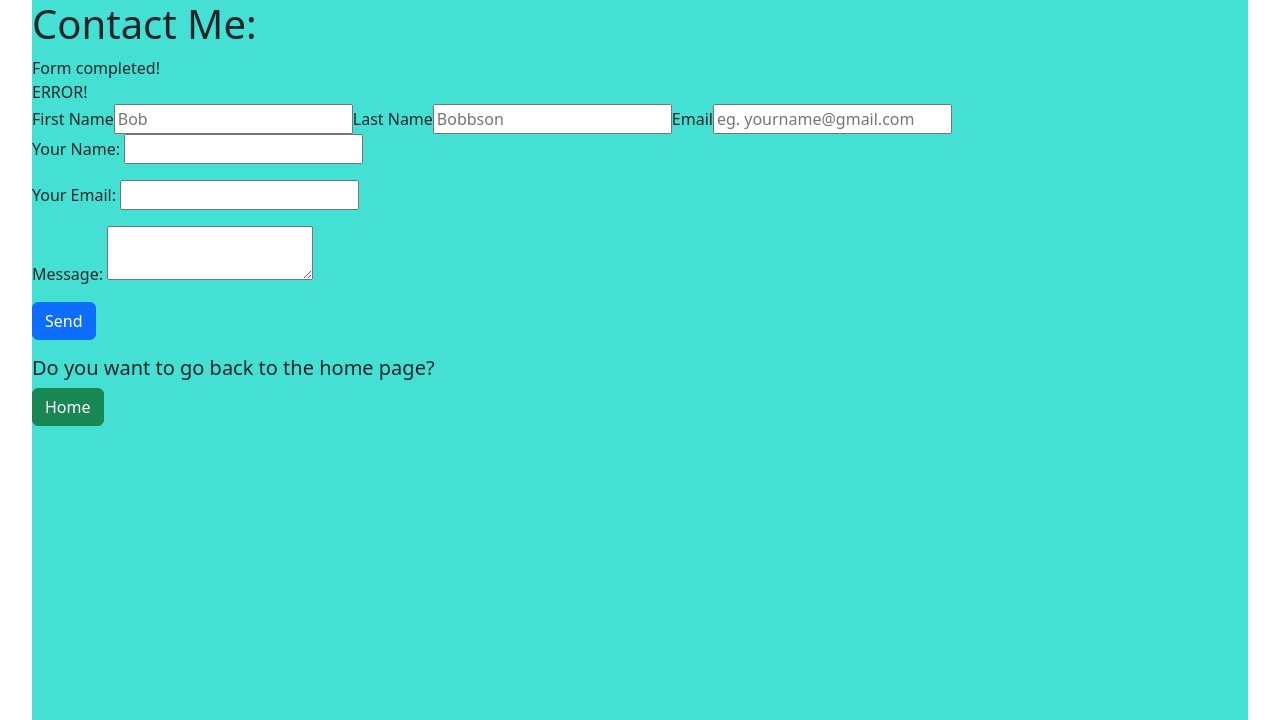
Repository: collegedude9300/zenstationnext
Page: /Contact
The author's editor kept a copy of each file at every save. The page is drawn from the files as they stood at one save, then again after the next save.
The browser window is 1280 px wide. The pictures show the whole page.
The project was rebuilt for these pictures with package versions that can differ from the ones it lists, and the page was loaded fresh each time. The framework's server and built-in components were replaced by stand-ins that run in the browser. Also part of the build but not shown: next.config.js.

Above is the page before, as saved 2022-10-13 16:59:12.

### pages/Contact.js

import Head from 'next/head'
import Image from 'next/image'
import styles from '../styles/Home.module.css'
import 'bootstrap/dist/css/bootstrap.css'
import Link from 'next/link'

export default function Contact() {

  const validateEmail = (email) => {
    const re = /^(([^<>()[\]\\.,;:\s@"]+(\.[^<>()[\]\\.,;:\s@"]+)*)|(".+"))@((\[[0-1]\d{1,2}\.[0-1]\d{1,2}\.[0-1]\d{1,2}\.[0-1]\d{1,2}\])|(([a-zA-Z\-0-9]+\.)+[a-zA-Z]{2,}))$/;
    return re.test(String(email).toLowerCase());
  }

return (
    <div className={styles.container}>
      <Head>
        <title>Contact</title>
        <meta name="description" content="Generated by create next app" />
        <link rel="icon" href="/favicon.ico" />
      </Head>
      <main className={styles.pages}>
      <h1> Contact Me: </h1>
      <div id="wrapper">
            <div id="successMessage">Form completed!</div>
            <div id="errorMessage"> ERROR!</div>
            <div class="form-element">

			<label for="firstName">First Name</label>
			<input type="text" name="firstName" id="firstName" placeholder="Bob"/>

			<label for="lastName">Last Name</label>
			<input type="text" name="lastName" id="lastName" placeholder="Bobbson"/>
                <label for="email">Email</label>
                <input type="text" name="email" id="email" placeholder="eg. yourname@gmail.com"/>
</div>
</div>
    <form name="contact" method="POST" data-netlify="true">
      <p> <label>Your Name: <input type="text" name="name" /></label>    </p>
      <p> <label>Your Email: <input type="email" name="email" /></label> </p>
      <p> <label>Message: <textarea name="message"></textarea></label>   </p>
      <p> <button type="submit" class="btn btn-primary">Send</button>    </p>
    </form>
    <h5>Do you want to go back to the home page?</h5>
    <Link href="/">
    <a class="btn btn-success">Home</a>
    </Link>
      </main>
    </div>
  )
}

### styles/Home.module.css
.container {
  padding: 0 2rem;
}
.pages{
  background-color: #43e0d3;
  min-height: 100vh;
}
#errorMessage {

  color: red;
  font-size: 20px ;

}

#successMessage {

  color: green;
  font-size: 30px;
  display:none;
  margin-bottom:20px;

}

.main {
  min-height: 100vh;
  padding: 4rem 0;
  flex: 1;
  display: flex;
  flex-direction: column;
  justify-content: center;
  align-items: center;
}
.aboutBio {

  margin: 0;
  line-height: 1.15;
  font-size: 4rem;
  text-align: center;
}
.footer {
  display: flex;
  flex: 1;
  padding: 2rem 0;
  border-top: 1px solid #eaeaea;
  justify-content: center;
  align-items: center;
}

.footer a {
  display: flex;
  justify-content: center;
  align-items: center;
  flex-grow: 1;
}

.title a {
  color: #0070f3;
  text-decoration: none;
}

.title a:hover,
.title a:focus,
.title a:active {
  text-decoration: underline;
}

.title {
  margin: 0;
  line-height: 1.15;
  font-size: 4rem;
}

.title,
.description {
  text-align: center;
}

.description {
  margin: 4rem 0;
  line-height: 1.5;
  font-size: 1.5rem;
}

.code {
  background: #fafafa;
  border-radius: 5px;
  padding: 0.75rem;
  font-size: 1.1rem;
  font-family: Menlo, Monaco, Lucida Console, Liberation Mono, DejaVu Sans Mono,
    Bitstream Vera Sans Mono, Courier New, monospace;
}

.grid {
  display: flex;
  align-items: center;
  justify-content: center;
  flex-wrap: wrap;
  max-width: 800px;
}

.card {
  margin: 1rem;
  padding: 1.5rem;
  text-align: left;
  color: inherit;
  text-decoration: none;
  border: 1px solid #eaeaea;
  border-radius: 10px;
  transition: color 0.15s ease, border-color 0.15s ease;
  max-width: 300px;
}

.card:hover,
.card:focus,
.card:active {
  color: #0070f3;
  border-color: #0070f3;
}

.card h2 {
  margin: 0 0 1rem 0;
  font-size: 1.5rem;
}

.card p {
  margin: 0;
  font-size: 1.25rem;
  line-height: 1.5;
}

.logo {
  height: 1em;
  margin-left: 0.5rem;
}

@media (max-width: 600px) {
  .grid {
    width: 100%;
    flex-direction: column;
  }
}

@media (prefers-color-scheme: dark) {
  .card,
  .footer {
    border-color: #222;
  }
  .code {
    background: #111;
  }
  .logo img {
    filter: invert(1);
  }
}

Loaded but not shown: pages/_app.js (common file); styles/globals.css (common file)

After the next save:
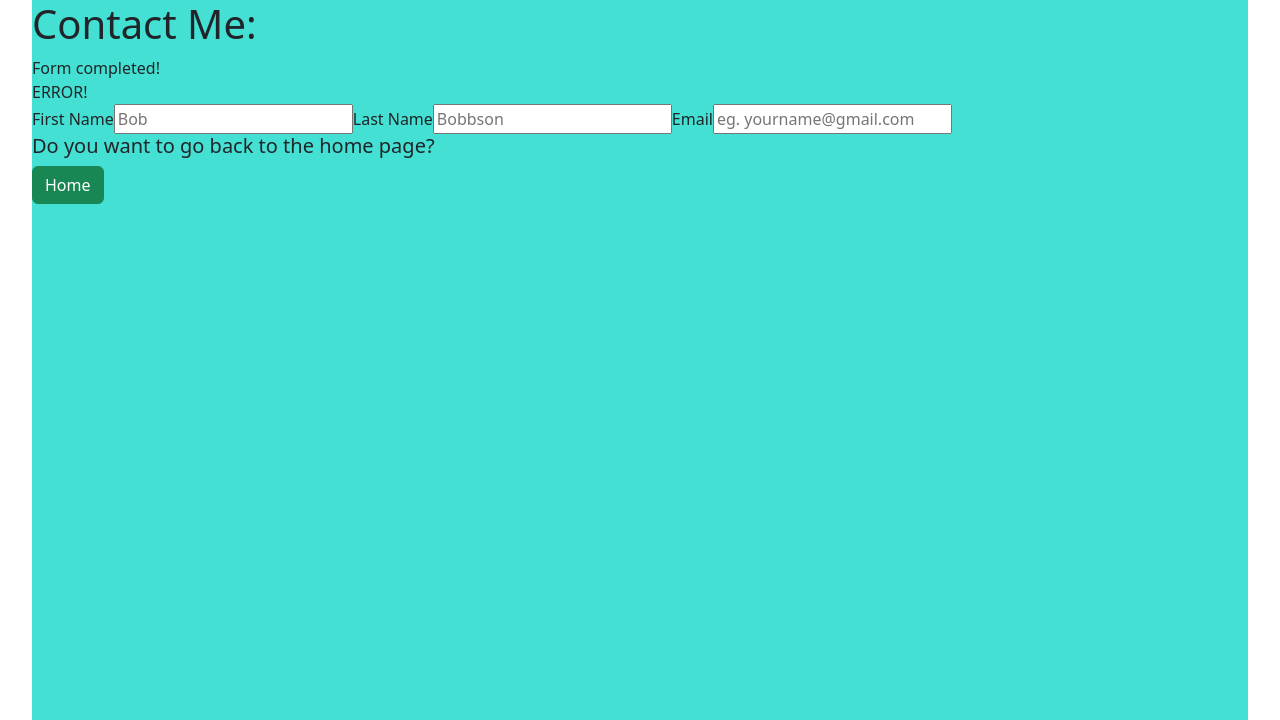
Saved 80 s later.
--- a/pages/Contact.js
+++ b/pages/Contact.js
@@ -21,7 +21,9 @@ return (
       </Head>
       <main className={styles.pages}>
       <h1> Contact Me: </h1>
-      <div id="wrapper">
+
+    <form name="contact" method="POST" data-netlify="true">
+    <div id="wrapper">
             <div id="successMessage">Form completed!</div>
             <div id="errorMessage"> ERROR!</div>
             <div class="form-element">
@@ -35,11 +37,9 @@ return (
                 <input type="text" name="email" id="email" placeholder="eg. yourname@gmail.com"/>
 </div>
 </div>
-    <form name="contact" method="POST" data-netlify="true">
-      <p> <label>Your Name: <input type="text" name="name" /></label>    </p>
-      <p> <label>Your Email: <input type="email" name="email" /></label> </p>
-      <p> <label>Message: <textarea name="message"></textarea></label>   </p>
-      <p> <button type="submit" class="btn btn-primary">Send</button>    </p>
+
+
+
     </form>
     <h5>Do you want to go back to the home page?</h5>
     <Link href="/">
